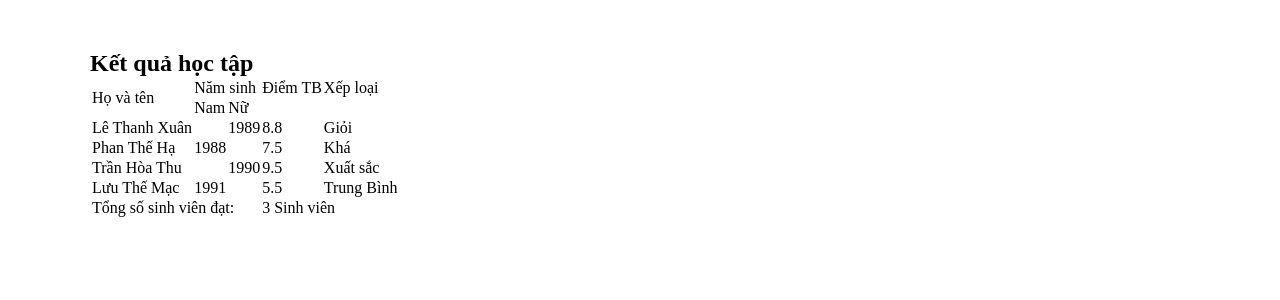
Repository: tuiladev/TKW
Page: Table/index.html
An editor plug-in stored every save of this project. The page is shown before and after a run of saves, followed by the edit.
The browser window is 1280 px wide. The pictures show the whole page.

Above is the page before, as saved 2022-03-15 23:41:36.

After the next 2 saves:
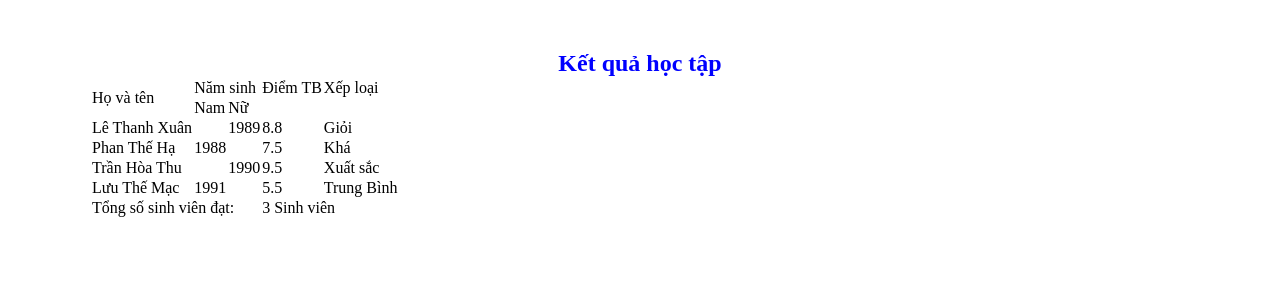
The 2 saves are shown as one change because they came seconds apart.
The last was saved 10 s later.
--- a/Table/index.html
+++ b/Table/index.html
@@ -17,7 +17,8 @@
         margin: 50px auto;
       }
       .table__name {
-
+        text-align: center;
+        color: blue;
       }
     </style>
   </head>
